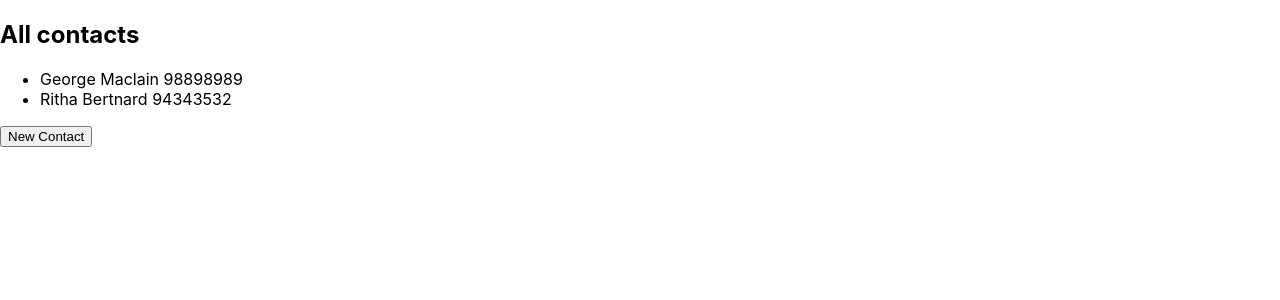
Repository: fishercom/react-phonebook
Page: /
These files come from the project's save history. The page is drawn as it stood at one moment and after the next save; the edit follows.
The browser window is 1280 px wide. The pictures show the whole page.
The project was rebuilt for these pictures with package versions that can differ from the ones it lists, and the page was loaded fresh each time. Also part of the build but not shown: src/App.css, src/components/Form.js.

Above is the page before, as saved 2021-01-30 19:14:54.

### src/App.js
import React from 'react';
import './App.css';
import List from './components/List';
import Form from './components/Form';


class App extends React.Component {

  constructor(props) {
    super(props);
    this.state = {
      contacts: [
        { id: '1', firstName: 'George', lastName: 'Maclain', phoneNumber: '98898989' },
        { id: '2', firstName: 'Ritha', lastName: 'Bertnard', phoneNumber: '94343532' }
      ],
      displayedTable: 'List'
    };
  }

  renderComponent(){
    switch(this.state.displayedTable) {
      case "Form":
        return <Form state={this.state} changeView={this.renderComponent} />
      default:
        return <List state={this.state} changeView={this.renderComponent} />
    }
  }

  render () {
      return (
          <div>
              { this.renderComponent() }
          </div>
      )
  }
}

export default App;

### src/components/List.js
import React from 'react';

class List extends React.Component {

    state = this.props.state;


    renderForm = (e) => {
        console.log(this.state.contacts);
        this.setState({
            displayedTable: 'Form'
        })

        this.props.changeView();
    }

    render() {
        return (
            <section>
                <h2>All contacts</h2>
                <ul className="contactList">
                    {this.state.contacts.map((contact) => <li key={contact.id}>{contact.firstName} {contact.lastName} {contact.phoneNumber}</li>)}
                </ul>
                <button className="btn btn-primary" onClick={this.renderForm}>New Contact</button>
            </section>
        );
    }

}

export default List

Loaded but not shown: public/index.html (common file); src/index.js (common file); src/index.css (common file); src/reportWebVitals.js (common file)

After the next save:
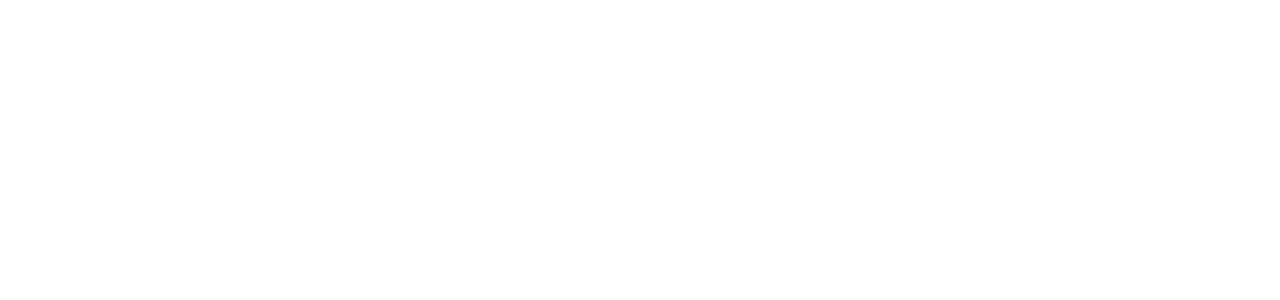
Saved 116 s later.
--- a/src/App.js
+++ b/src/App.js
@@ -17,13 +17,17 @@
     };
   }
 
-  renderComponent(){
+  changeView(){
     switch(this.state.displayedTable) {
       case "Form":
         return <Form state={this.state} changeView={this.renderComponent} />
       default:
         return <List state={this.state} changeView={this.renderComponent} />
     }
+  }
+
+  renderComponent(){
+    this.changeView()
   }
 
   render () {

After the 3 saves that followed:
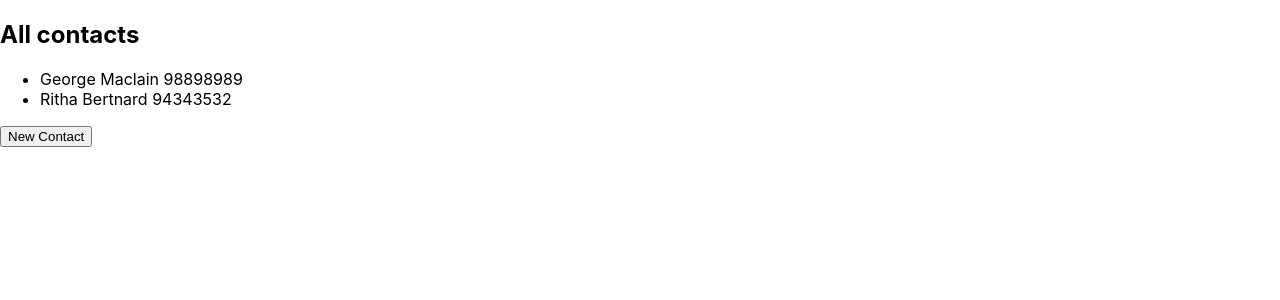
The 3 saves are shown as one change because 2 left the picture as it was.
The last was saved 2 min 4 s later.
--- a/src/App.js
+++ b/src/App.js
@@ -17,17 +17,13 @@
     };
   }
 
-  changeView(){
+  renderComponent(){
     switch(this.state.displayedTable) {
       case "Form":
         return <Form state={this.state} changeView={this.renderComponent} />
       default:
         return <List state={this.state} changeView={this.renderComponent} />
     }
-  }
-
-  renderComponent(){
-    this.changeView()
   }
 
   render () {
